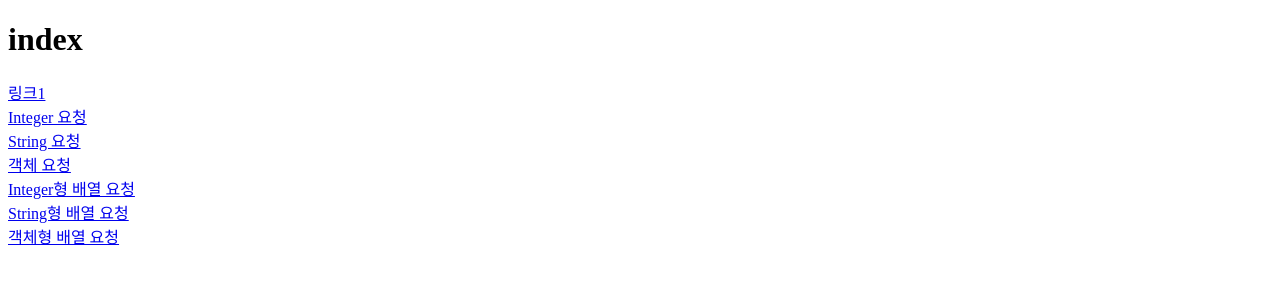
Repository: ekc1467/ClassMSA_EDU
Page: http://localhost/Service01/WEB-INF/views/index.jsp
An editor plug-in stored every save of this project. The page is shown before and after the next save, followed by the edit.
The browser window is 1280 px wide. The pictures show the whole page.
The page is served by Tomcat 9. Nobody is signed in. Other server files are loaded and not shown. The template is opened directly, without the code that normally fills it, so the values that code supplies are empty.

Above is the page before, as saved 2022-04-22 00:53:28.

### Service01/src/main/webapp/WEB-INF/views/index.jsp
<%@ page language="java" contentType="text/html; charset=EUC-KR"
    pageEncoding="EUC-KR"%>
<!DOCTYPE html>
<html>
<head>
<meta charset="EUC-KR">
<title>Insert title here</title>
</head>
<body>
	<h1>index</h1>
	<a href="t1">링크1</a><br/>
	<a href="t1/1000">Integer 요청</a><br/>
	<a href="t2/1000">String 요청</a><br/>
	<a href="t3/1000">객체 요청</a><br/>
	<a href="t4/1000">Integer형 배열 요청</a><br/>
	<a href="t5/1000">String형 배열 요청</a><br/>
	<a href="t6/1000">객체형 배열 요청</a><br/>

<!-- 	<a href="app/1000">App 요청</a><br/>
	<a href="cpp/1000">Cpp 요청</a><br/> -->
</body>
</html>

After the next save:
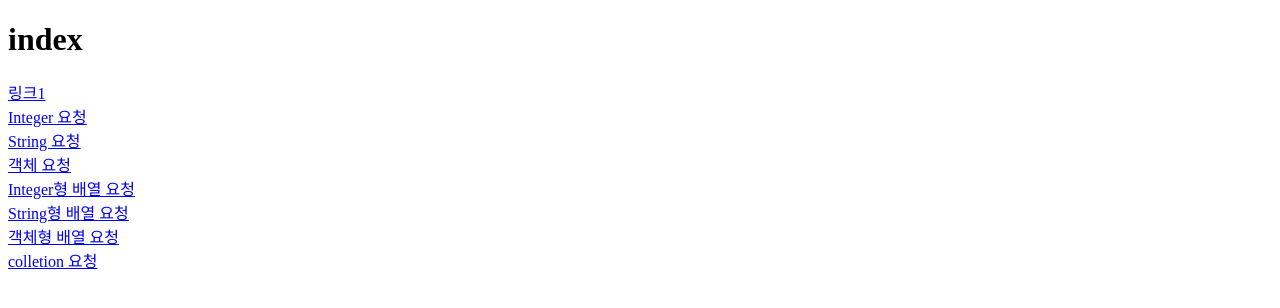
Saved 17 min 18 s later.
--- a/Service01/src/main/webapp/WEB-INF/views/index.jsp
+++ b/Service01/src/main/webapp/WEB-INF/views/index.jsp
@@ -15,6 +15,7 @@
 	<a href="t4/1000">Integer형 배열 요청</a><br/>
 	<a href="t5/1000">String형 배열 요청</a><br/>
 	<a href="t6/1000">객체형 배열 요청</a><br/>
+	<a href="t7/1000">colletion 요청</a><br/>
 
 <!-- 	<a href="app/1000">App 요청</a><br/>
 	<a href="cpp/1000">Cpp 요청</a><br/> -->
